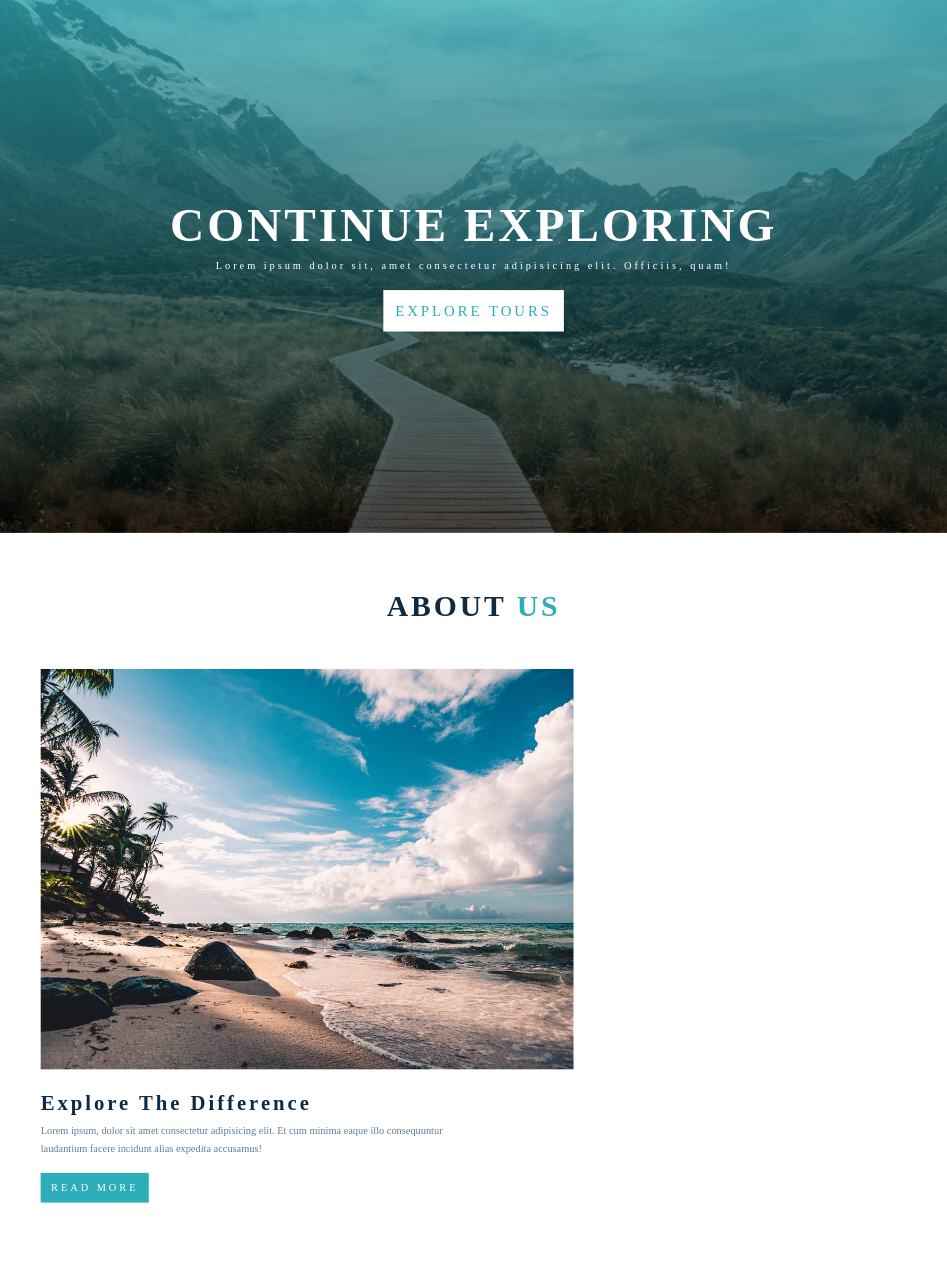
Repository: Ndifoinhilary/flexbox-project
Page: index.html
The author's editor kept a copy of each file at every save. The page is drawn from the files as they stood at one save, then again after the next save.
The browser window is 1280 px wide. The pictures show the whole page, at 74% of full size.

Above is the page before, as saved 2024-01-18 15:18:37.

After the next save:
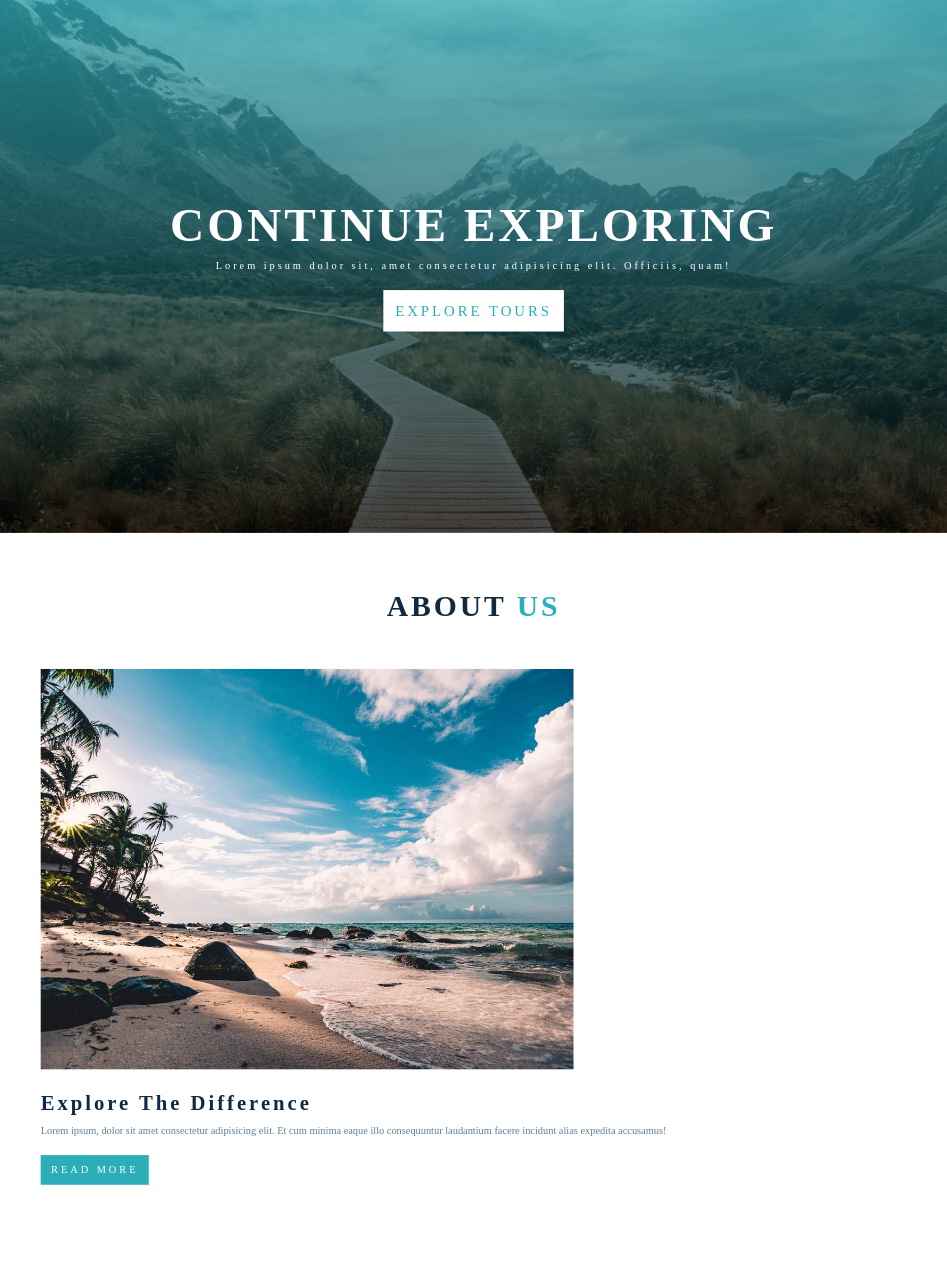
Saved 47 s later.
--- a/css/main.css
+++ b/css/main.css
@@ -235,9 +235,9 @@
     justify-content: space-between;
    flex-wrap: wrap;
   }
-  .about-img, .about-info{
+  /* .about-img, .about-info{
     flex: 0 0 calc(50% - 2rem);
-  }
+  } */
 }
 
 

After the save that followed:
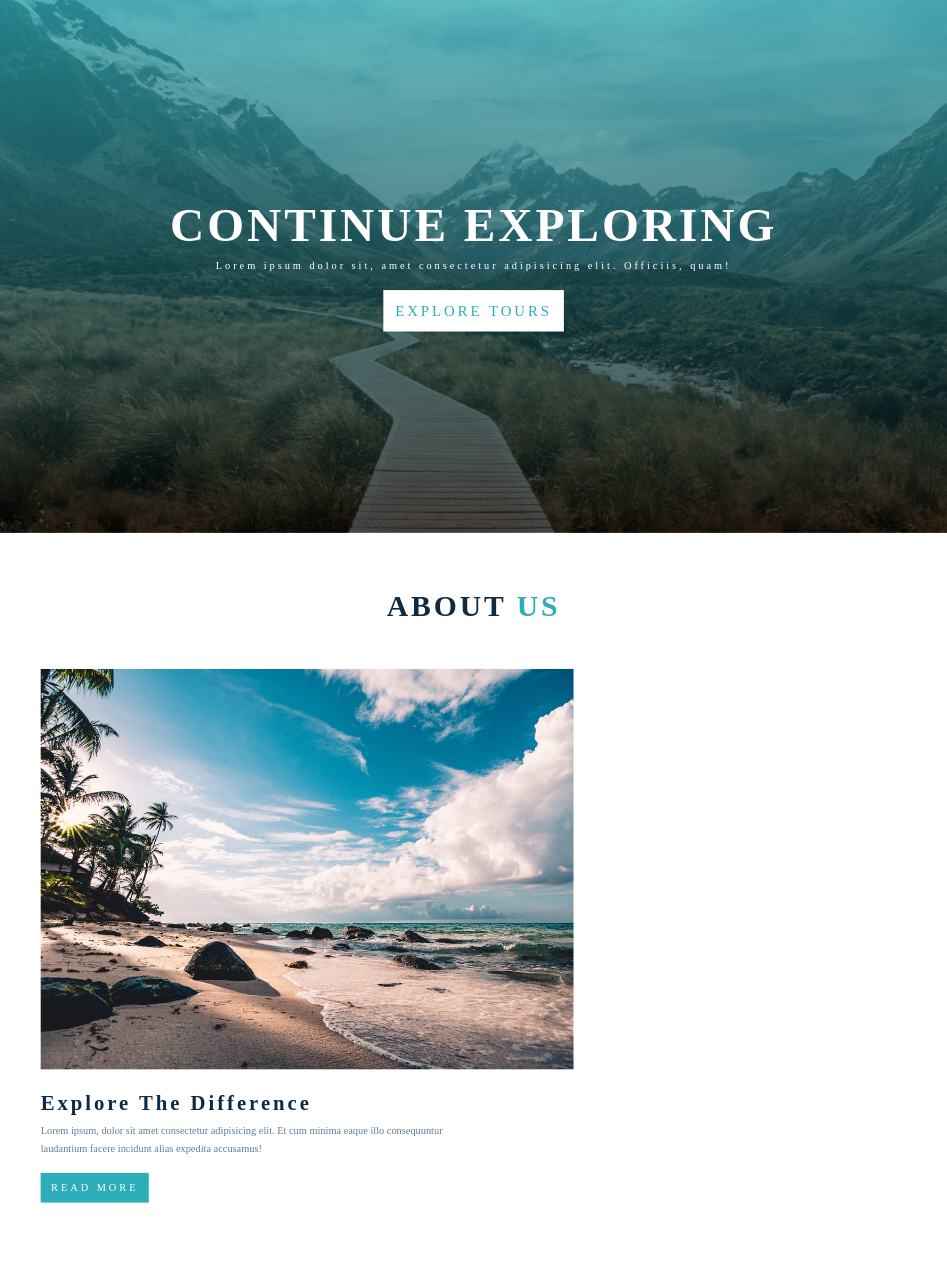
Saved 13 s later.
--- a/css/main.css
+++ b/css/main.css
@@ -235,9 +235,9 @@
     justify-content: space-between;
    flex-wrap: wrap;
   }
-  /* .about-img, .about-info{
+  .about-img, .about-info{
     flex: 0 0 calc(50% - 2rem);
-  } */
+  }
 }
 
 
